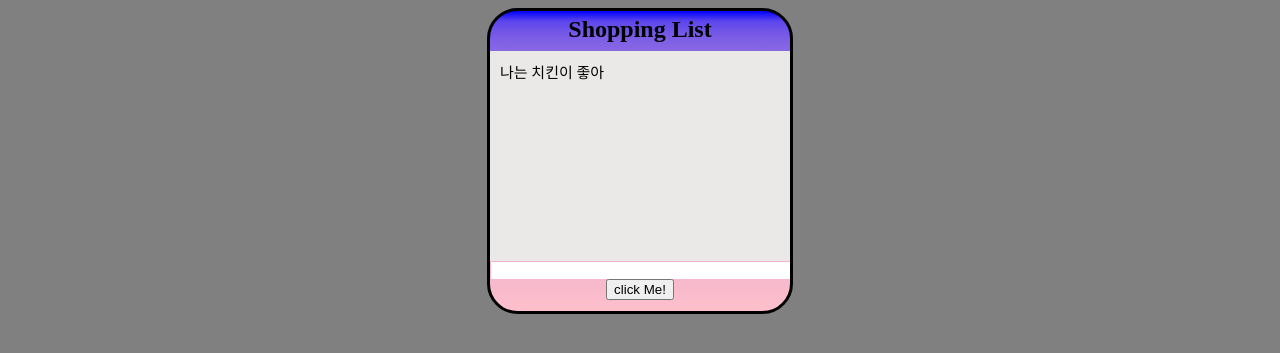
Repository: DevMinwoo-Jung/JavaScript101
Page: WebApIs/shoppingApp/index.html
These files come from the project's save history. The page is drawn as it stood at one moment and after the next save; the edit follows.
The browser window is 1280 px wide. The pictures show the whole page.

Above is the page before, as saved 2021-06-14 10:23:24.

After the next save:
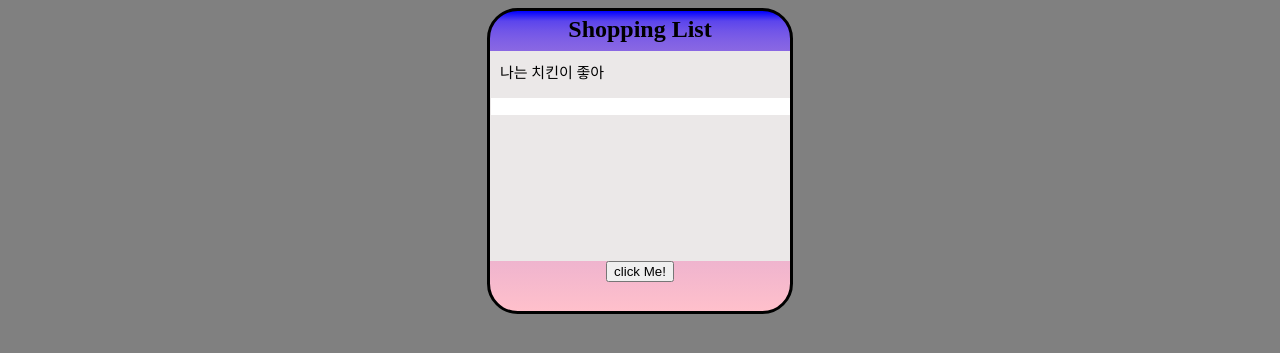
Saved 12 s later.
--- a/WebApIs/shoppingApp/index.html
+++ b/WebApIs/shoppingApp/index.html
@@ -14,9 +14,9 @@
     </div>
     <div class="item__list">
       <p>나는 치킨이 좋아</p>
+      <input type="text">
     </div>
     <div class="input__box">
-      <input type="text">
     </div>
     <div class="button__div">
       <button class="addItem">click Me!</button>

After the save that followed:
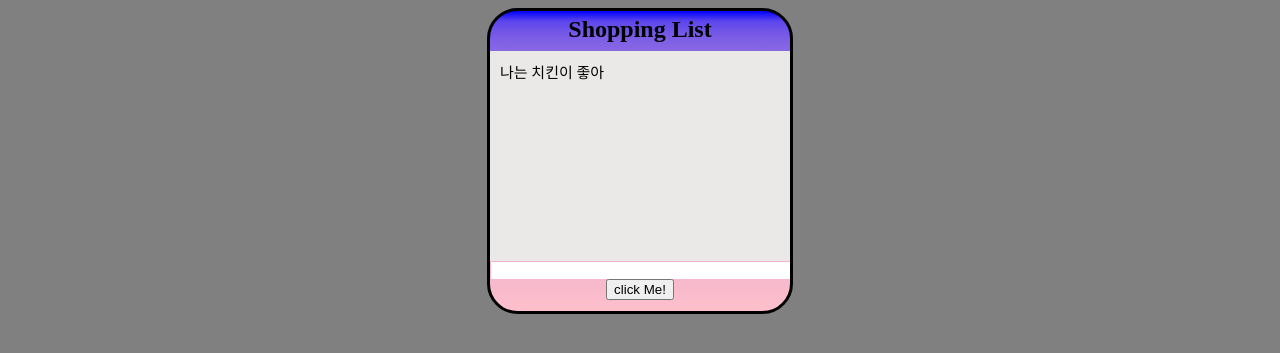
Saved 111 s later.
--- a/WebApIs/shoppingApp/index.html
+++ b/WebApIs/shoppingApp/index.html
@@ -14,8 +14,8 @@
     </div>
     <div class="item__list">
       <p>나는 치킨이 좋아</p>
-      <input type="text">
     </div>
+    <input type="text">
     <div class="input__box">
     </div>
     <div class="button__div">
